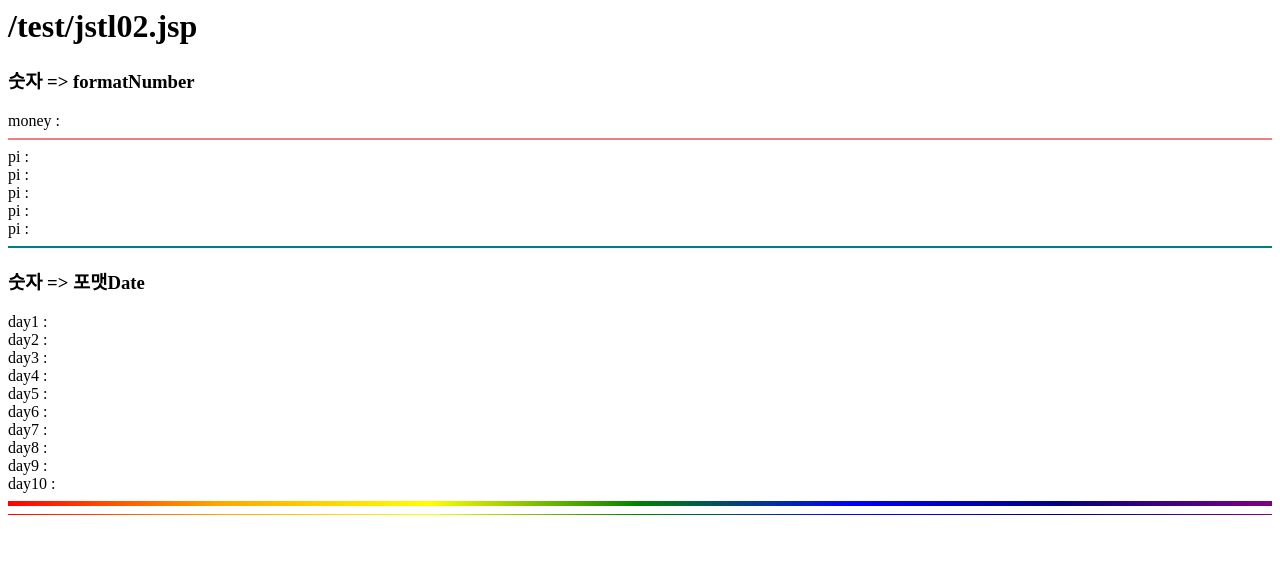
Repository: khsik/Woori-Computer-Academy
Page: http://localhost/mvc/WEB-INF/views/test/jstl02.jsp
These files come from the project's save history. The page is drawn as it stood at one moment and after the next save; the edit follows.
The browser window is 1280 px wide. The pictures show the whole page.
The page is served by Tomcat 9. Nobody is signed in. The template is opened directly, without the code that normally fills it, so the values that code supplies are empty.

Above is the page before, as saved 2024-05-13 08:00:49.

After the next save:
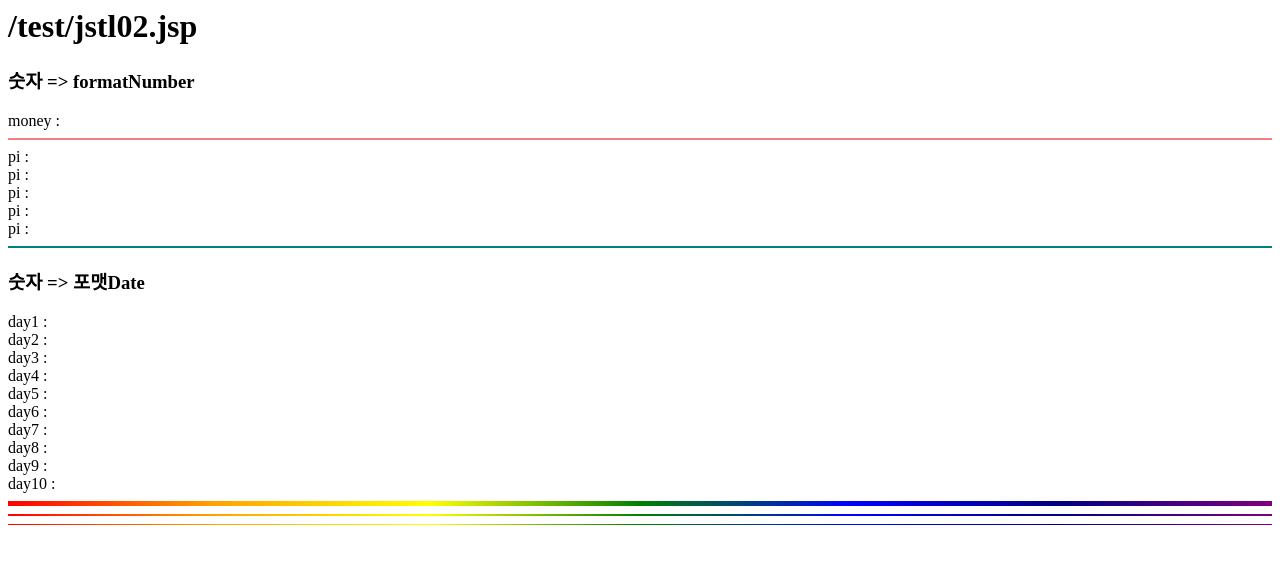
Saved 9 min 27 s later.
--- a/mvc/src/main/webapp/WEB-INF/views/test/jstl02.jsp
+++ b/mvc/src/main/webapp/WEB-INF/views/test/jstl02.jsp
@@ -32,4 +32,5 @@ day9 : <fmt:formatDate value="${day }" type="date" dateStyle="short" /> <br>
 day10 : <fmt:formatDate value="${day }" type="date" dateStyle="default" /> <br>
 
 <hr size="7px" style="border:0; background: linear-gradient(0.25turn, red, orange, yellow, green, blue, navy, purple);">
+<hr size="4px" style="border:0; background: linear-gradient(90deg, red, orange, yellow, green, blue, navy, purple);">
 <hr size="3px" style="border:0; background: linear-gradient(90deg, red, orange, yellow, green, blue, navy, purple);">
